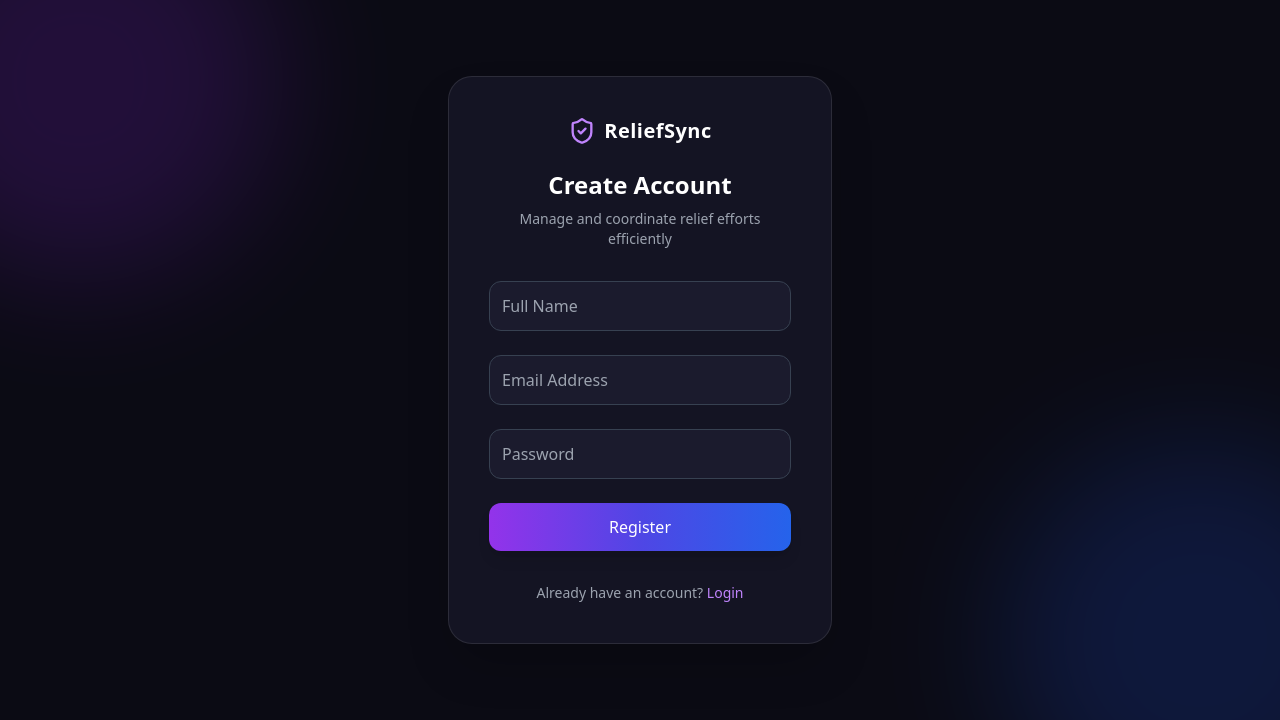
Repository: Gazal1116/Reliefsync
Page: / (app in Frontend/)
These files come from the project's save history. The page is drawn as it stood at one moment and after a run of saves; the edit follows.
The browser window is 1280 px wide. The pictures show the whole page.
The project was rebuilt for these pictures with package versions that can differ from the ones it lists, and the page was loaded fresh each time. Also part of the build but not shown: Frontend/vite.config.js, Frontend/src/components/login.jsx, Frontend/src/components/reliefrequest.jsx.

Above is the page before, as saved 2026-03-03 15:55:30.

### Frontend/index.html
<!doctype html>
<html lang="en">
  <head>
    <meta charset="UTF-8" />
    <link rel="icon" type="image/svg+xml" href="/vite.svg" />
    <meta name="viewport" content="width=device-width, initial-scale=1.0" />
    <title>reliefsync</title>
  </head>
  <body>
    <div id="root"></div>
    <script type="module" src="/src/main.jsx"></script>
  </body>
</html>

### Frontend/src/index.css
/* stylelint-disable */
@tailwind base;
@tailwind components;
@tailwind utilities;

### Frontend/src/App.jsx
import { BrowserRouter, Routes, Route } from "react-router-dom";
import Register from "./components/register";
import Login from "./components/login";
import ReliefRequests from "./components/reliefrequest";


function App() {
  return (
    <BrowserRouter>
      <Routes>
        {/* Make Register the default page */}
        <Route path="/" element={<Register />} />
        <Route path="/login" element={<Login />} />
        <Route path="/request" element={<ReliefRequests />} />
      </Routes>
    </BrowserRouter>
  );
}

export default App;

### Frontend/src/components/register.jsx
import { useState } from "react";
import { ShieldCheck } from "lucide-react";
import { useNavigate } from "react-router-dom";

function Register() {
  const navigate = useNavigate();
  const [formData, setFormData] = useState({ name: "", email: "", password: "" });
  const [loading, setLoading] = useState(false);
  const [message, setMessage] = useState('');

  const handleChange = (e) => setFormData({ ...formData, [e.target.name]: e.target.value });

  const handleSubmit = async (e) => {
    e.preventDefault();
    setMessage('');
    if (!formData.name || !formData.email || !formData.password) {
      setMessage('Please fill all fields');
      return;
    }
    setLoading(true);
    try {
      const res = await fetch('http://localhost:5000/api/auth/register', {
        method: 'POST',
        headers: { 'Content-Type': 'application/json' },
        body: JSON.stringify({ ...formData, role: 'volunteer' }),
      });
      const data = await res.json();
      if (!res.ok) throw new Error(data.message || 'Registration failed');
      setMessage(data.message || 'Registered successfully');
      setFormData({ name: '', email: '', password: '' });
      setTimeout(() => navigate('/login'), 900);
    } catch (err) {
      setMessage(err.message || 'Registration error');
    } finally {
      setLoading(false);
    }
  };

  return (
    <div className="min-h-screen flex items-center justify-center bg-[#0b0b14] relative overflow-hidden">

      {/* Background Glow */}
      <div className="absolute w-[400px] h-[400px] bg-purple-700 opacity-20 blur-3xl rounded-full top-[-120px] left-[-120px]"></div>
      <div className="absolute w-[400px] h-[400px] bg-blue-700 opacity-20 blur-3xl rounded-full bottom-[-120px] right-[-120px]"></div>

      {/* Card */}
      <div className="relative z-10 w-full max-w-sm p-10 rounded-3xl
                bg-[#141423] border border-white/10 shadow-2xl
                transition-all duration-500
                hover:scale-[1.03]
                hover:shadow-purple-500/20
                hover:border-purple-500/40">

        {/* Branding */}
        <div className="flex items-center justify-center gap-2 mb-6">
          <ShieldCheck className="text-purple-400 w-7 h-7" />
          <h1 className="text-xl font-semibold text-white tracking-wide">
            ReliefSync
          </h1>
        </div>

        <h2 className="text-2xl font-semibold text-center text-white mb-2">
          Create Account
        </h2>

        <p className="text-gray-400 text-sm text-center mb-8">
          Manage and coordinate relief efforts efficiently
        </p>

        <form onSubmit={handleSubmit} className="space-y-6">

          <input
            type="text"
            name="name"
            placeholder="Full Name"
            onChange={handleChange}
            className="w-full p-3 rounded-xl bg-[#1b1b2d] text-white border border-gray-700
                       focus:outline-none focus:ring-2 focus:ring-purple-500
                       hover:border-purple-500 transition-all duration-300"
          />

          <input
            type="email"
            name="email"
            placeholder="Email Address"
            onChange={handleChange}
            className="w-full p-3 rounded-xl bg-[#1b1b2d] text-white border border-gray-700
                       focus:outline-none focus:ring-2 focus:ring-blue-500
                       hover:border-blue-500 transition-all duration-300"
          />

          <input
            type="password"
            name="password"
            placeholder="Password"
            onChange={handleChange}
            className="w-full p-3 rounded-xl bg-[#1b1b2d] text-white border border-gray-700
                       focus:outline-none focus:ring-2 focus:ring-purple-500
                       hover:border-purple-500 transition-all duration-300"
          />

          <button
            type="submit"
            className="w-full py-3 rounded-xl font-medium text-white
                       bg-gradient-to-r from-purple-600 via-indigo-600 to-blue-600
                       hover:scale-[1.02] hover:shadow-purple-500/40
                       transition-all duration-300 shadow-lg"
          >
            Register
          </button>

        </form>

        <p className="text-gray-400 text-sm text-center mt-8">
          Already have an account?{" "}
          <span className="text-purple-400 hover:text-purple-300 cursor-pointer transition">
            Login
          </span>
        </p>

      </div>
    </div>
  );
}

export default Register;

Loaded but not shown: Frontend/src/main.jsx (common file); Frontend/tailwind.config.js (common file)

After the next 2 saves:
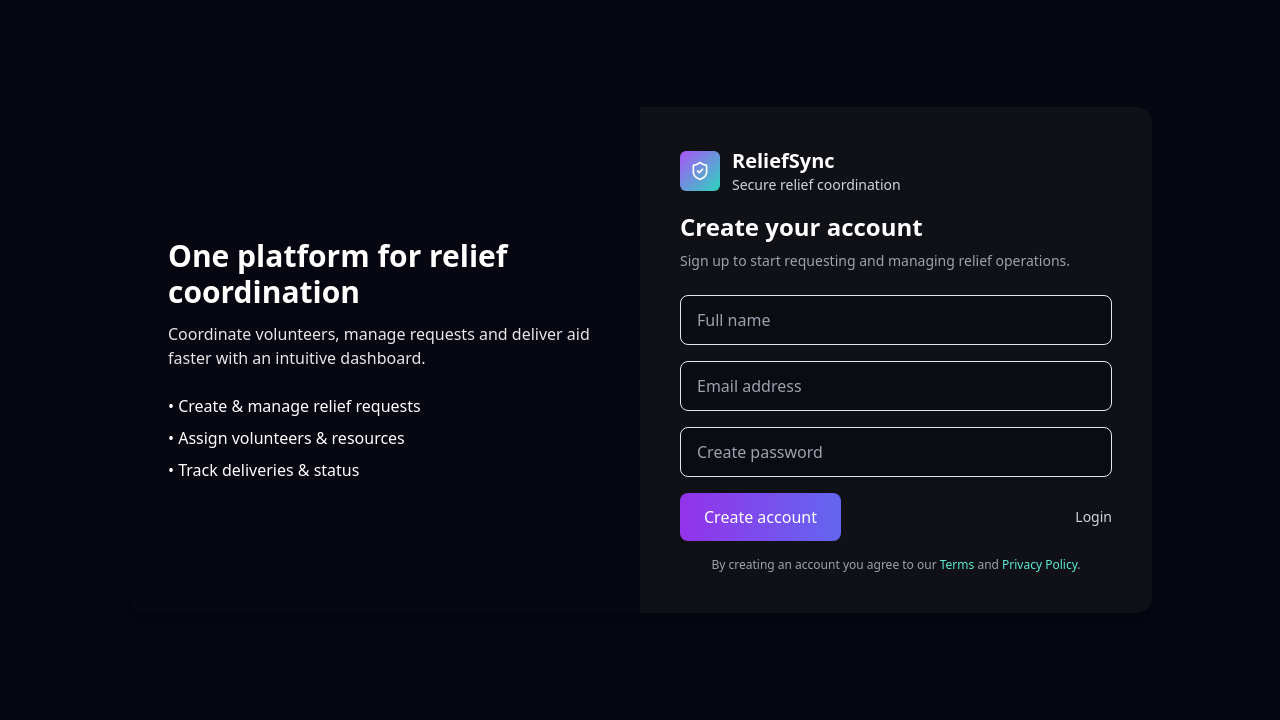
The 2 saves are shown as one change because 1 did not build or start.
The last was saved 3 min 55 s later.
--- a/Frontend/src/components/register.jsx
+++ b/Frontend/src/components/register.jsx
@@ -37,86 +37,82 @@ function Register() {
   };
 
   return (
-    <div className="min-h-screen flex items-center justify-center bg-[#0b0b14] relative overflow-hidden">
+    <div className="min-h-screen flex items-center justify-center bg-[#070712] py-12 px-4">
+      <div className="w-full max-w-5xl bg-transparent rounded-2xl overflow-hidden shadow-xl grid grid-cols-1 md:grid-cols-2">
 
-      {/* Background Glow */}
-      <div className="absolute w-[400px] h-[400px] bg-purple-700 opacity-20 blur-3xl rounded-full top-[-120px] left-[-120px]"></div>
-      <div className="absolute w-[400px] h-[400px] bg-blue-700 opacity-20 blur-3xl rounded-full bottom-[-120px] right-[-120px]"></div>
-
-      {/* Card */}
-      <div className="relative z-10 w-full max-w-sm p-10 rounded-3xl
-                bg-[#141423] border border-white/10 shadow-2xl
-                transition-all duration-500
-                hover:scale-[1.03]
-                hover:shadow-purple-500/20
-                hover:border-purple-500/40">
-
-        {/* Branding */}
-        <div className="flex items-center justify-center gap-2 mb-6">
-          <ShieldCheck className="text-purple-400 w-7 h-7" />
-          <h1 className="text-xl font-semibold text-white tracking-wide">
-            ReliefSync
-          </h1>
+        {/* Left marketing panel */}
+        <div className="hidden md:flex flex-col justify-center panel-left p-10">
+          <div className="text-white">
+            <h3 className="text-3xl font-bold mb-3">One platform for relief coordination</h3>
+            <p className="mb-6 text-white/90">Coordinate volunteers, manage requests and deliver aid faster with an intuitive dashboard.</p>
+            <ul className="space-y-2">
+              <li>• Create & manage relief requests</li>
+              <li>• Assign volunteers & resources</li>
+              <li>• Track deliveries & status</li>
+            </ul>
+          </div>
         </div>
 
-        <h2 className="text-2xl font-semibold text-center text-white mb-2">
-          Create Account
-        </h2>
+        {/* Right form panel */}
+        <div className="panel-right bg-[#0f1116] p-10">
+          <div className="max-w-md mx-auto">
+            <div className="flex items-center gap-3 mb-4">
+              <div className="w-10 h-10 flex items-center justify-center rounded-md bg-gradient-to-br from-purple-500 to-teal-400">
+                <ShieldCheck className="text-white w-5 h-5" />
+              </div>
+              <div>
+                <h2 className="text-xl font-semibold text-white">ReliefSync</h2>
+                <p className="text-sm text-gray-300">Secure relief coordination</p>
+              </div>
+            </div>
 
-        <p className="text-gray-400 text-sm text-center mb-8">
-          Manage and coordinate relief efforts efficiently
-        </p>
+            <h3 className="text-2xl font-bold text-white mb-2">Create your account</h3>
+            <p className="text-sm text-gray-400 mb-6">Sign up to start requesting and managing relief operations.</p>
 
-        <form onSubmit={handleSubmit} className="space-y-6">
+            {message && <div className="mb-4 text-sm text-center text-red-400">{message}</div>}
 
-          <input
-            type="text"
-            name="name"
-            placeholder="Full Name"
-            onChange={handleChange}
-            className="w-full p-3 rounded-xl bg-[#1b1b2d] text-white border border-gray-700
-                       focus:outline-none focus:ring-2 focus:ring-purple-500
-                       hover:border-purple-500 transition-all duration-300"
-          />
+            <form onSubmit={handleSubmit} className="space-y-4">
+              <input
+                name="name"
+                value={formData.name}
+                onChange={handleChange}
+                placeholder="Full name"
+                className="w-full px-4 py-3 rounded-lg bg-[#0b0b12] border border-white/6 text-white focus:outline-none focus:ring-2 focus:ring-purple-500"
+              />
 
-          <input
-            type="email"
-            name="email"
-            placeholder="Email Address"
-            onChange={handleChange}
-            className="w-full p-3 rounded-xl bg-[#1b1b2d] text-white border border-gray-700
-                       focus:outline-none focus:ring-2 focus:ring-blue-500
-                       hover:border-blue-500 transition-all duration-300"
-          />
+              <input
+                name="email"
+                value={formData.email}
+                onChange={handleChange}
+                type="email"
+                placeholder="Email address"
+                className="w-full px-4 py-3 rounded-lg bg-[#0b0b12] border border-white/6 text-white focus:outline-none focus:ring-2 focus:ring-indigo-500"
+              />
 
-          <input
-            type="password"
-            name="password"
-            placeholder="Password"
-            onChange={handleChange}
-            className="w-full p-3 rounded-xl bg-[#1b1b2d] text-white border border-gray-700
-                       focus:outline-none focus:ring-2 focus:ring-purple-500
-                       hover:border-purple-500 transition-all duration-300"
-          />
+              <input
+                name="password"
+                value={formData.password}
+                onChange={handleChange}
+                type="password"
+                placeholder="Create password"
+                className="w-full px-4 py-3 rounded-lg bg-[#0b0b12] border border-white/6 text-white focus:outline-none focus:ring-2 focus:ring-purple-500"
+              />
 
-          <button
-            type="submit"
-            className="w-full py-3 rounded-xl font-medium text-white
-                       bg-gradient-to-r from-purple-600 via-indigo-600 to-blue-600
-                       hover:scale-[1.02] hover:shadow-purple-500/40
-                       transition-all duration-300 shadow-lg"
-          >
-            Register
-          </button>
+              <div className="flex items-center justify-between">
+                <button
+                  type="submit"
+                  disabled={loading}
+                  className="bg-gradient-to-r from-purple-600 to-indigo-500 text-white px-6 py-3 rounded-lg font-medium hover:scale-[1.02] transition-transform disabled:opacity-60"
+                >
+                  {loading ? 'Creating...' : 'Create account'}
+                </button>
+                <button type="button" onClick={() => navigate('/login')} className="text-sm text-gray-300 hover:underline">Login</button>
+              </div>
 
-        </form>
-
-        <p className="text-gray-400 text-sm text-center mt-8">
-          Already have an account?{" "}
-          <span className="text-purple-400 hover:text-purple-300 cursor-pointer transition">
-            Login
-          </span>
-        </p>
+              <p className="text-xs text-gray-400 text-center mt-3">By creating an account you agree to our <span className="text-teal-300">Terms</span> and <span className="text-teal-300">Privacy Policy</span>.</p>
+            </form>
+          </div>
+        </div>
 
       </div>
     </div>
